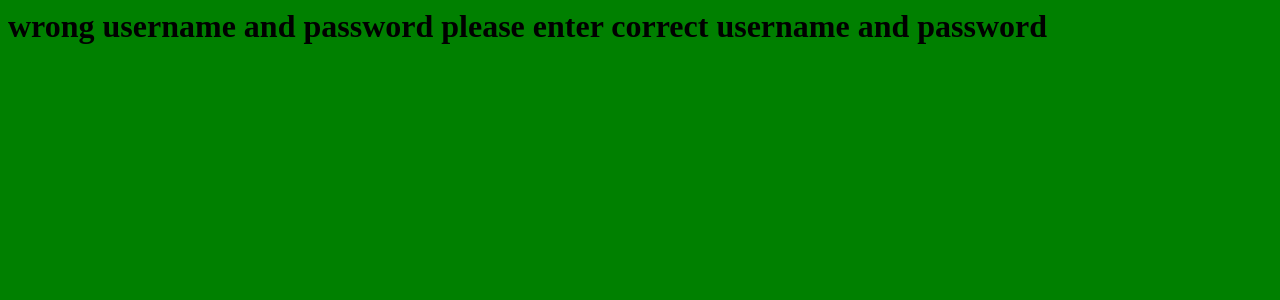
Repository: pitambar-smartek/Struts1.3_program
Page: http://localhost/usingmyeclipseloginapplication/welcome.jsp
These files come from the project's save history. The page is drawn as it stood at one moment and after the next save; the edit follows.
The browser window is 1280 px wide. The pictures show the whole page.
The page is served by Tomcat 9.

Above is the page before, as saved 2012-02-16 05:59:50.

After the next save:
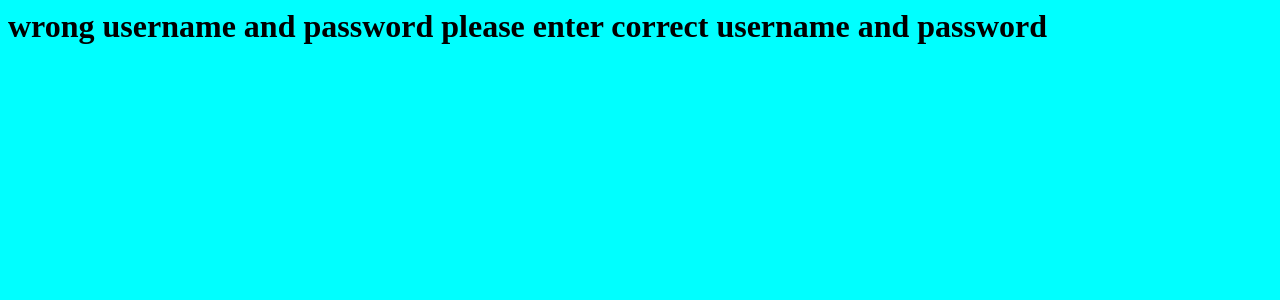
Saved 22 s later.
--- a/MyEclipse/usingmyeclipseloginapplication/WebRoot/welcome.jsp
+++ b/MyEclipse/usingmyeclipseloginapplication/WebRoot/welcome.jsp
@@ -1,5 +1,5 @@
 <html>
-  <body bgcolor="green">
+  <body bgcolor="cyan">
           <h1>wrong username and password please enter correct username and password</h1>
 		  </body>
 		  </html>
